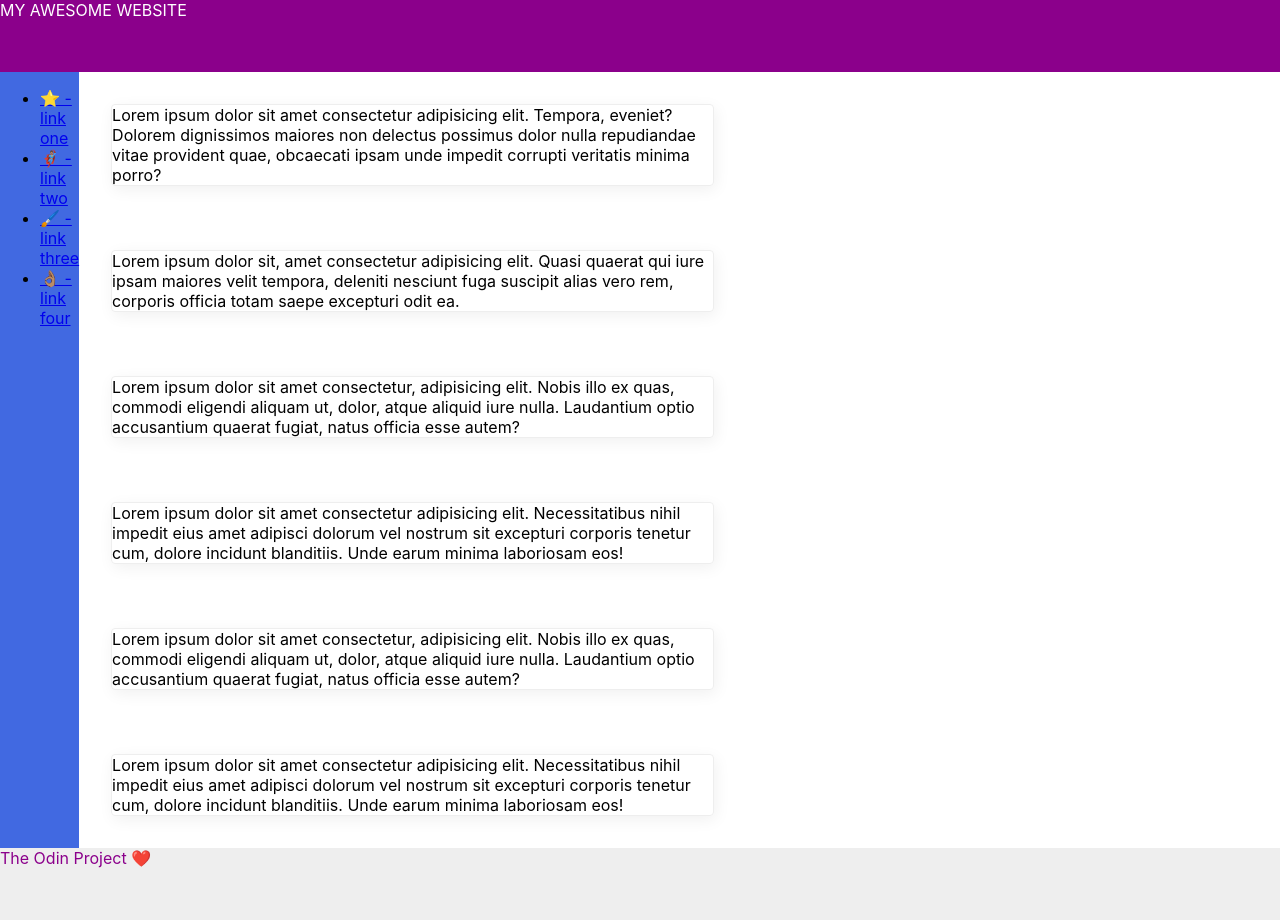
Repository: evemcd/odin_project
Page: 06-odin-css-flex/07-flex-layout-2/index.html
These files come from the project's save history. The page is drawn as it stood at one moment and after the next save; the edit follows.
The browser window is 1280 px wide. The pictures show the whole page.

Above is the page before, as saved 2022-02-04 10:01:13.

### 06-odin-css-flex/07-flex-layout-2/index.html
<!DOCTYPE html>
<html lang="en">

<head>
    <meta charset="UTF-8">
    <meta http-equiv="X-UA-Compatible" content="IE=edge">
    <meta name="viewport" content="width=device-width, initial-scale=1.0">
    <title>The Holy Grail</title>
    <link rel="stylesheet" href="style.css">
</head>

<body>
    <div class="header">
        MY AWESOME WEBSITE
    </div>
    <div class="container">
        <div class="sidebar">
            <ul>
                <li><a href="google.com">⭐ - link one</a></li>
                <li><a href="google.com">🦸🏽‍♂️ - link two</a></li>
                <li><a href="google.com">🖌️ - link three</a></li>
                <li><a href="google.com">👌🏽 - link four</a></li>
            </ul>
        </div>
        <div class="container2">
            <div class="card">Lorem ipsum dolor sit amet consectetur adipisicing elit. Tempora, eveniet? Dolorem
                dignissimos
                maiores non delectus possimus dolor nulla repudiandae vitae provident quae, obcaecati ipsam unde impedit
                corrupti veritatis minima porro?</div>
            <div class="card">Lorem ipsum dolor sit, amet consectetur adipisicing elit. Quasi quaerat qui iure ipsam
                maiores
                velit tempora, deleniti nesciunt fuga suscipit alias vero rem, corporis officia totam saepe excepturi
                odit
                ea.
            </div>
            <div class="card">Lorem ipsum dolor sit amet consectetur, adipisicing elit. Nobis illo ex quas, commodi
                eligendi
                aliquam ut, dolor, atque aliquid iure nulla. Laudantium optio accusantium quaerat fugiat, natus officia
                esse
                autem?</div>
            <div class="card">Lorem ipsum dolor sit amet consectetur adipisicing elit. Necessitatibus nihil impedit eius
                amet adipisci dolorum vel nostrum sit excepturi corporis tenetur cum, dolore incidunt blanditiis. Unde
                earum
                minima laboriosam eos!</div>
            <div class="card">Lorem ipsum dolor sit amet consectetur, adipisicing elit. Nobis illo ex quas, commodi
                eligendi
                aliquam ut, dolor, atque aliquid iure nulla. Laudantium optio accusantium quaerat fugiat, natus officia
                esse
                autem?</div>
            <div class="card">Lorem ipsum dolor sit amet consectetur adipisicing elit. Necessitatibus nihil impedit eius
                amet adipisci dolorum vel nostrum sit excepturi corporis tenetur cum, dolore incidunt blanditiis. Unde
                earum
                minima laboriosam eos!</div>
        </div>
    </div>
    <div class="footer">
        The Odin Project ❤️
    </div>
</body>

</html>

### 06-odin-css-flex/07-flex-layout-2/style.css
body {
    font-family: -apple-system, BlinkMacSystemFont, 'Segoe UI', Roboto, Oxygen, Ubuntu, Cantarell, 'Open Sans', 'Helvetica Neue', sans-serif;
    margin: 0;
    min-height: 100vh;
    box-sizing: border-box;
}

.header {
    height: 72px;
    background: darkmagenta;
    color: white;
}

.footer {
    height: 72px;
    background: #eee;
    color: darkmagenta;
}

.sidebar {
    width: 300px;
    background: royalblue;
}

.card {
    border: 1px solid #eee;
    box-shadow: 2px 4px 16px rgba(0, 0, 0, .06);
    border-radius: 4px;
    width: 50%;
    margin: 32px;
}

.container {
    display: flex;
}

.container2 {
    display: flex;
    flex-wrap: wrap;
}

After the next save:
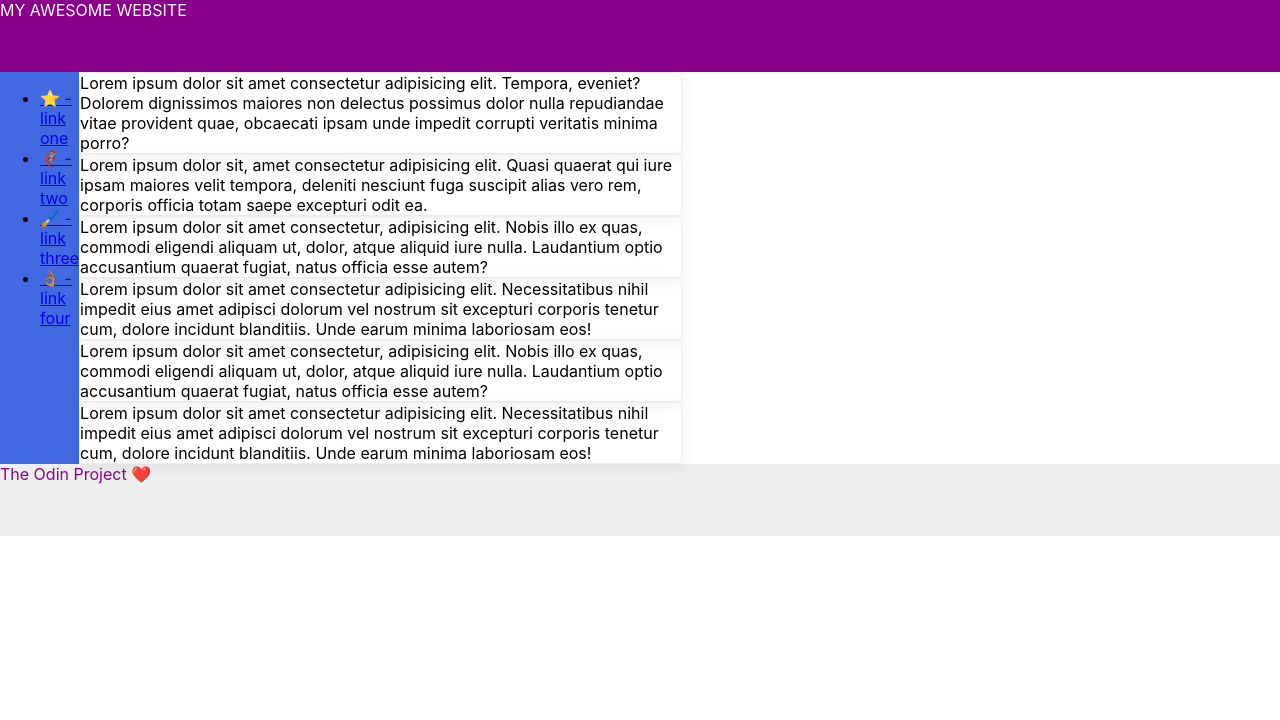
Saved 4 s later.
--- a/06-odin-css-flex/07-flex-layout-2/style.css
+++ b/06-odin-css-flex/07-flex-layout-2/style.css
@@ -27,7 +27,7 @@
     box-shadow: 2px 4px 16px rgba(0, 0, 0, .06);
     border-radius: 4px;
     width: 50%;
-    margin: 32px;
+    /* margin: 32px; */
 }
 
 .container {

After the save that followed:
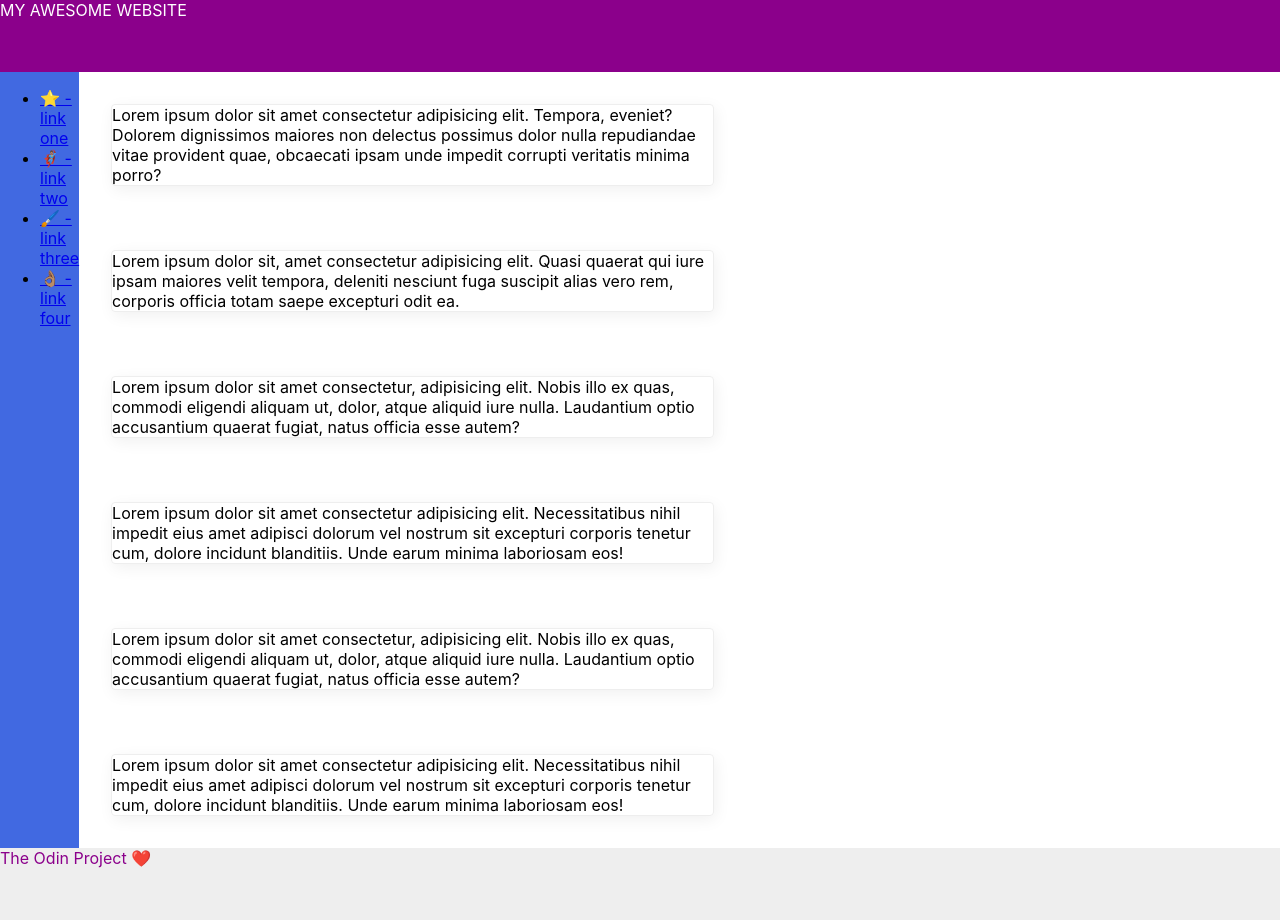
Saved 14 s later.
--- a/06-odin-css-flex/07-flex-layout-2/style.css
+++ b/06-odin-css-flex/07-flex-layout-2/style.css
@@ -27,7 +27,7 @@
     box-shadow: 2px 4px 16px rgba(0, 0, 0, .06);
     border-radius: 4px;
     width: 50%;
-    /* margin: 32px; */
+    margin: 32px;
 }
 
 .container {
